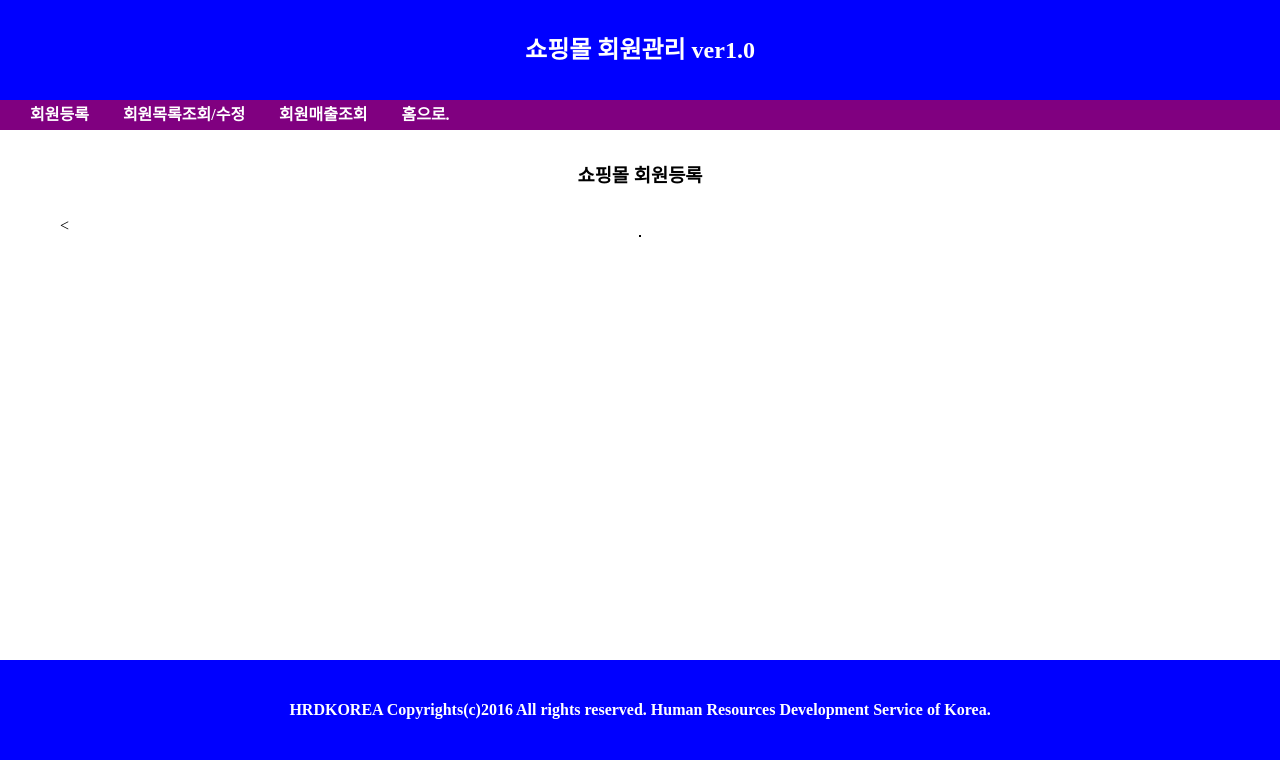
Repository: brightjy/Today-what-I-practiced
Page: http://localhost/HRD_0514/view/memberList.jsp
These files come from the project's save history. The page is drawn as it stood at one moment and after the next save; the edit follows.
The browser window is 1280 px wide. The pictures show the whole page.
The page is served by Tomcat 9. Other server files are loaded and not shown.

Above is the page before, as saved 2020-05-14 12:52:50.

### hrdkorea_0514/HRD_0514/WebContent/view/memberList.jsp
<%@ page language="java" contentType="text/html; charset=UTF-8"
    pageEncoding="UTF-8"%>
<!DOCTYPE html>
<html>
<head>
<meta charset="UTF-8">
<title>Insert title here</title>
</head>
<body>
<jsp:include page="header.jsp"></jsp:include>
<section>
<div>
	<h3>쇼핑몰 회원등록</h3>
	<div>
		<table>
			<
		</table>
	</div>
</div>
</section>
<jsp:include page="footer.jsp"></jsp:include>
</body>
</html>

### hrdkorea_0514/HRD_0514/WebContent/view/header.jsp
<%@ page language="java" contentType="text/html; charset=UTF-8"
    pageEncoding="UTF-8"%>
<% String conPath = request.getContextPath(); %>
<!DOCTYPE html>
<html>
<head>
<meta charset="UTF-8">
<title>Insert title here</title>
<style>
*{margin:0 auto;}
h2, h3, h4{text-align:center;}
a{text-decoration: none; padding-right:30px; color:white; font-weight:bold;}
header,footer{height:100px; background-color:blue; line-height:100px; color:white;}
nav{background-color:purple; height:30px; line-height:30px; padding-left:30px;}
section{height:500px;}
div{margin:30px;}
table, tr, td, th{border:1px solid black; text-align:center;}
</style>
</head>
<body>
<header>
<h2>쇼핑몰 회원관리 ver1.0</h2>
</header>
<nav>
	<a href="<%=conPath %>/view/registerMemberView.jsp">회원등록</a>
	<a href="<%=conPath %>/view/memberList.jsp">회원목록조회/수정</a>
	<a href="<%=conPath %>/view/moneyList.jsp">회원매출조회</a>
	<a href="<%=conPath %>/view/main.jsp">홈으로.</a>
</nav>

</body>
</html>

### hrdkorea_0514/HRD_0514/WebContent/view/footer.jsp
<%@ page language="java" contentType="text/html; charset=UTF-8"
    pageEncoding="UTF-8"%>
<!DOCTYPE html>
<html>
<head>
<meta charset="UTF-8">
<title>Insert title here</title>
</head>
<body>
<footer>
<h4>HRDKOREA Copyrights(c)2016 All rights reserved. Human Resources Development Service of Korea.</h4>
</footer>
</body>
</html>

After the next save:
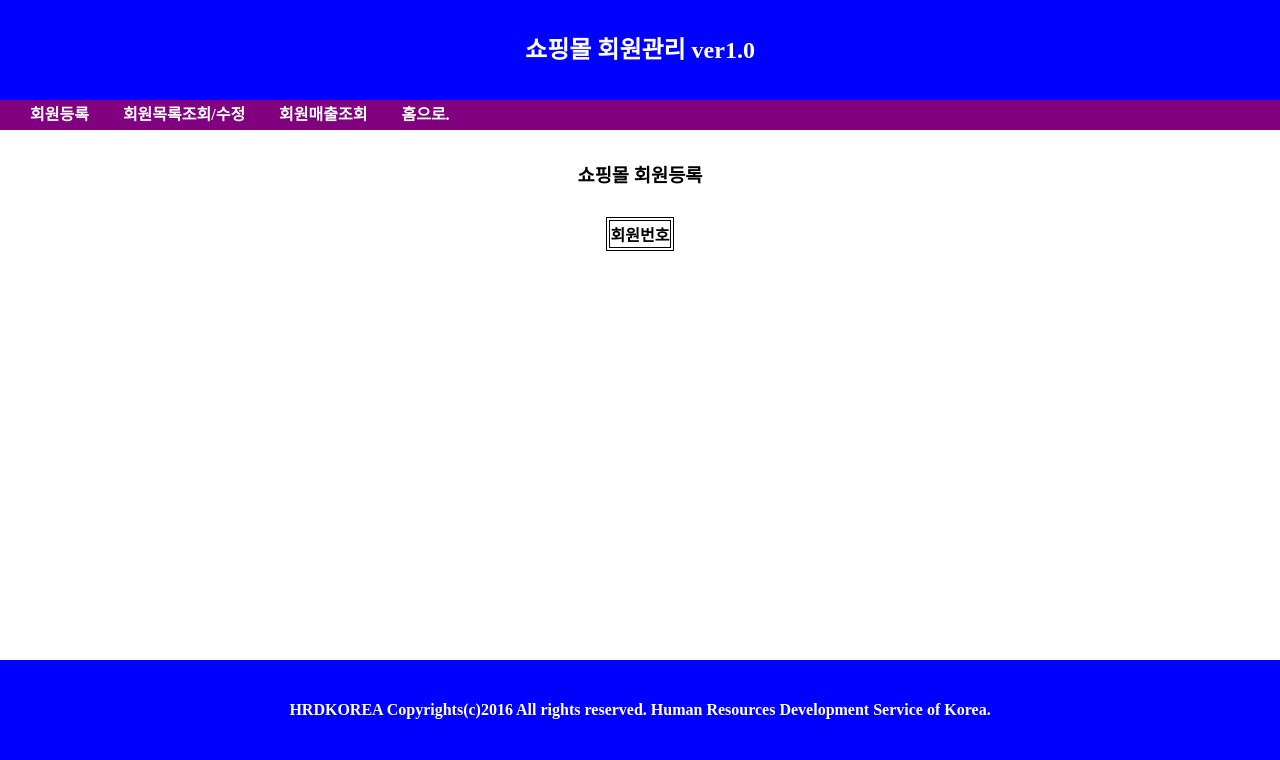
Saved 19 s later.
--- a/hrdkorea_0514/HRD_0514/WebContent/view/memberList.jsp
+++ b/hrdkorea_0514/HRD_0514/WebContent/view/memberList.jsp
@@ -13,7 +13,9 @@
 	<h3>쇼핑몰 회원등록</h3>
 	<div>
 		<table>
-			<
+			<tr>
+				<th>회원번호</th>
+			</tr>
 		</table>
 	</div>
 </div>
